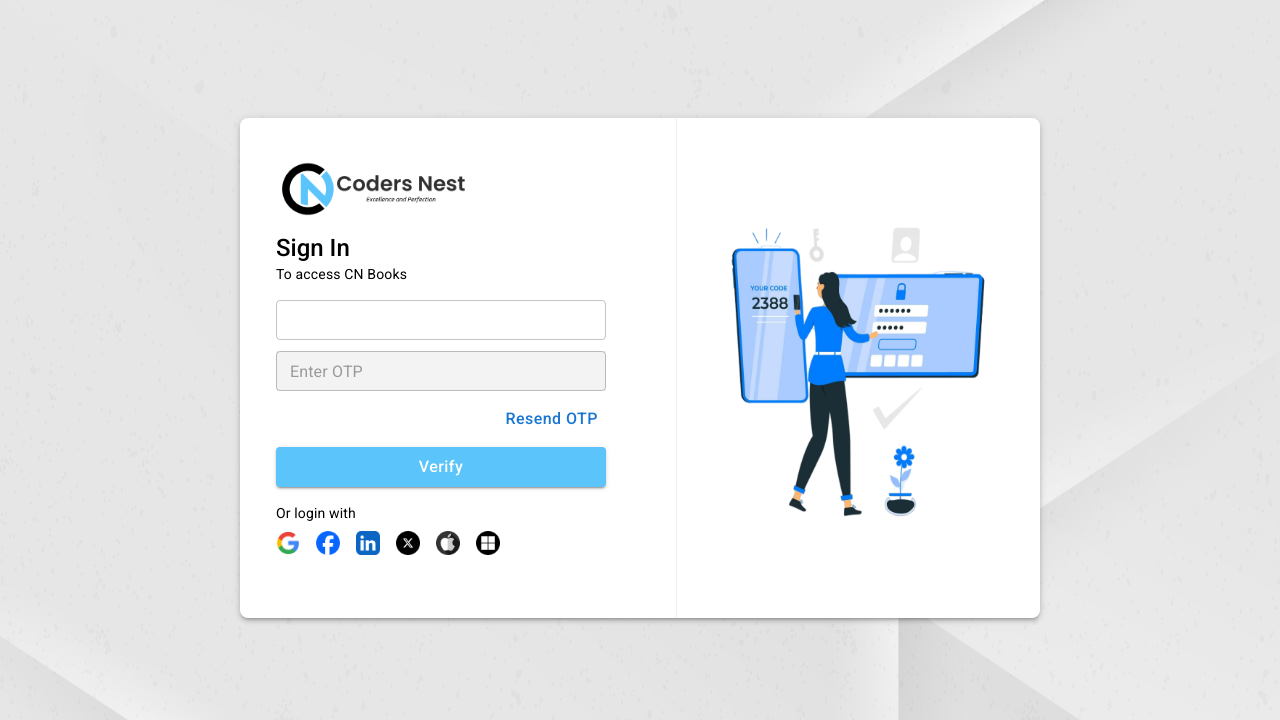
Repository: wajahadalishaik04/CN_Books
Page: /otpscreen
The author's editor kept a copy of each file at every save. The page is drawn from the files as they stood at one save, then again after a run of saves.
The browser window is 1280 px wide. The pictures show the whole page.
The project was rebuilt for these pictures with package versions that can differ from the ones it lists, and the page was loaded fresh each time. Also part of the build but not shown: vite.config.js, src/pages/LoginScreen.jsx, src/pages/Signin.jsx, src/pages/SignUp.jsx, src/pages/VerifyScreen.jsx, src/components/Header.jsx, src/components/SideBar.jsx, src/components/Content.jsx and 7 more.

Above is the page before, as saved 2024-09-30 18:17:28.

### index.html
<!DOCTYPE html>
<html lang="en">
  <head>
    <meta charset="UTF-8" />
    <link rel="preconnect" href="https://fonts.googleapis.com" />
    <link rel="preconnect" href="https://fonts.gstatic.com" crossorigin />
    <link
      rel="stylesheet"
      href="https://fonts.googleapis.com/css2?family=Roboto:wght@300;400;500;700&display=swap"
    />

    <meta name="viewport" content="width=device-width, initial-scale=1.0" />
    <title>CN_BOOKS</title>
  </head>
  <body>

    <div id="root"></div>
    <script type="module" src="/src/main.jsx"></script>
  </body>
</html>

### src/main.jsx
import { createRoot } from 'react-dom/client'
import App from './App.jsx'
import { Provider } from 'react-redux'
import store from './store/store.js'
import './styles/index.css'
createRoot(document.getElementById('root')).render(
 <Provider store={store}>
   <App />
 </Provider>
)

### src/App.jsx
import React from "react";
import LoginScreen from "./pages/LoginScreen";
import { BrowserRouter, Routes, Route, Navigate } from "react-router-dom";
import Signin from "./pages/Signin";
import { useSelector } from "react-redux";
import OtpScreen from "./pages/OtpScreen";
import SignUp from "./pages/SignUp";
import VerifyScreen from "./pages/VerifyScreen";
import DashboardScreen from "./pages/DashboardScreen";
import SideBar from "./components/SideBar";
import Header from "./components/Header";
import Customer from "./pages/Customer";
import WrapComponent from "./pages/WrapComponent";
import Category from "./pages/Category";
import NewCustomer from "./pages/customerscreens/NewCustomer";

const App = () => {
  const { user } = useSelector((e) => e.userReducer);
  return (
    <>
      <BrowserRouter>
        <Routes>
          <Route element={<WrapComponent />}>
            <Route path="/dashboardscreen" element={<DashboardScreen />} />
            <Route path="/customer" element={<Customer />} />
            <Route path="/category" element={<Category />} />
            <Route path="/newcustomer" element={<NewCustomer />} />

          </Route>
          <Route
            path="/"
            element={<Navigate to={user ? "/signin" : "/LoginScreen"} />}
          />
          <Route
            path="/signin"
            element={user ? <Navigate to={"/dashboardscreen"} /> : <Signin />}
          />
          <Route path="/loginscreen" element={<LoginScreen />} />
          <Route path="/otpscreen" element={<OtpScreen />} />
          <Route path="/signup" element={<SignUp />} />
          <Route path="/verifyscreen" element={<VerifyScreen />} />
        </Routes>
      </BrowserRouter>
    </>
  );
};

export default App;

### src/store/store.js
import { configureStore } from "@reduxjs/toolkit";
import { userReducer } from "./reducer";

const store = configureStore({
    reducer:{userReducer}
})
export default store;

### src/styles/index.css
*
{
    margin: 0;
    padding: 0;
    border: none;

}
.img
{
    background-color: red;
    background-clip: content-box;
    -webkit-background-clip: content-box;
    visibility: hidden;
}

### src/pages/OtpScreen.jsx
import React, { useState, useEffect } from "react";
import {
  Box,
  Button,
  TextField,
  Typography,
  Snackbar,
  Alert,
  styled,
} from "@mui/material";
import { images } from "../utils/ImgUtils";
import { Link, useLocation, useNavigate } from "react-router-dom";

const OtpScreen = () => {
  const [otp, setOtp] = useState(""); // Store entered OTP
  const [sentOtp, setSentOtp] = useState(""); // Store generated OTP
  const [error, setError] = useState(""); // Store error messages
  const [resendDisabled, setResendDisabled] = useState(false); // Timer control for Resend OTP button
  const [snackbarOpen, setSnackbarOpen] = useState(false); // Snackbar control
  const [snackbarMessage, setSnackbarMessage] = useState(""); // Snackbar message
  const [successSnackbarOpen, setSuccessSnackbarOpen] = useState(false); // Success Snackbar
  const [timer, setTimer] = useState(0); // Timer state for Resend button

  const navigate = useNavigate();
  const location = useLocation();
  const { emailMobile } = location.state || {};

  // Styled Resend Button
  const ResendOtp = styled(Button)({
    textTransform: "none",
    fontSize: "1rem",
  });

  // Function to generate OTP
  const generateOtp = () => {
    const randomOtp = Math.floor(100000 + Math.random() * 900000).toString(); // Generate a 6-digit OTP
    setSentOtp(randomOtp); // Store the OTP
    return randomOtp;
  };

  // Function to show snackbar
  const handleSnackbarOpen = (message) => {
    setSnackbarMessage(message);
    setSnackbarOpen(true);
  };

  const handleSnackbarClose = () => {
    setSnackbarOpen(false);
  };

  const handleSuccessSnackbarClose = () => {
    setSuccessSnackbarOpen(false);
  };

  // Function to send OTP (called on "Sent" button click)
  const sendOtp = () => {
    const otp = generateOtp(); // Generate OTP locally
    handleSnackbarOpen(`OTP: ${otp}`); // Show OTP in snackbar
  };

  // Resend OTP with 30-second timer
  const handleResendOtp = () => {
    sendOtp(); // Generate and display the OTP
    setResendDisabled(true);
    setTimer(30); // Set the countdown timer to 30 seconds
  };

  // Timer countdown for the Resend button
  useEffect(() => {
    if (timer > 0) {
      const countdown = setInterval(() => {
        setTimer((prev) => prev - 1);
      }, 1000);

      return () => clearInterval(countdown);
    } else {
      setResendDisabled(false); // Enable the Resend button after timer ends
    }
  }, [timer]);

  // Handle OTP submission and verification
  const handleSubmit = () => {
    if (!otp) {
      setError("OTP is required."); // Show error if no OTP is entered
    } else if (otp !== sentOtp) {
      setError("Invalid OTP. Please try again.");
    } else {
      setError(""); // Clear error on successful OTP
      setSuccessSnackbarOpen(true); // Show success message
      setTimeout(() => {
        navigate("/dashboardscreen"); // Navigate to the next screen after success
      }, 2000); // Delay navigation to show the success message
    }
  };

  return (
    <Box
      display="flex"
      justifyContent="center"
      alignItems="center"
      width="100%"
      height="100vh"
      sx={{ backgroundImage: "url(/images/BackgroundImg.jpeg)" }}
    >
      <Box
        display="flex"
        bgcolor="#fff"
        boxShadow={3}
        marginTop={2}
        borderRadius="8px"
        overflow="hidden"
        width="800px"
        height="500px"
      >
        {/* Left Side - OTP Form */}
        <Box flex={1} p={4.5} mt={1} component={"form"}>
          <Box flex={1} sx={{ width: "330px" }}>
            <Box
              display="flex"
              justifyContent="space-between"
              alignItems="center"
            >
              <img
                src={images.codersnestLogo}
                alt="Logo"
                style={{ width: 200 }}
              />
            </Box>
            <Typography variant="h5" fontWeight={500} mt={2}>
              Sign In
            </Typography>
            <Typography variant="body2" color="default" mb={2}>
              To access CN Books
            </Typography>

            <TextField
              sx={{ marginBottom: 1.4 }}
              size="small"
              fullWidth
              defaultValue={emailMobile}
              InputProps={{ readOnly: true }} // Read-only input for email/mobile
            />

            <TextField
              size="small"
              type="text"
              placeholder="Enter OTP"
              fullWidth
              value={otp}
              onChange={(e) => setOtp(e.target.value)}
              sx={{
                fontWeight: "500",
                backgroundColor: "#F3F3F3",
                "&:hover": {
                  backgroundColor: "#FFF",
                },
                "& .MuiOutlinedInput-root": {
                  "&.Mui-focused": {
                    backgroundColor: "#EBF9FF",
                    borderColor: "#5BC4FA",
                  },
                },
              }}
              error={!!error} // Show error if there is any
              helperText={error}
            />

            {/* Resend OTP button with timer */}
            <Box sx={{ display: "flex", justifyContent: "flex-end", mt: 1 }}>
              <ResendOtp onClick={handleResendOtp} disabled={resendDisabled}>
                Resend OTP {resendDisabled && `(${timer}s)`}
              </ResendOtp>
            </Box>

            {/* Verify Button */}
            <Button
              onClick={handleSubmit}
              variant="contained"
              fullWidth
              sx={{
                backgroundColor: "#5BC4FA",
                mt: 1,
                textTransform: "none",
                fontSize: "1rem",
              }}
            >
              Verify
            </Button>
            <Typography variant="body2" color="#000000" mt={2}>
              Or login with
            </Typography>
            {/* Social Icons */}
            <Box display="flex" justifyContent="flex-start" gap={2} mt={1}>
              <img src={images.googleicon} width={24} alt="googleicon" />
              <img src={images.facebookicon} width={24} alt="facebookicon" />
              <img src={images.linkedinicon} width={24} alt="linkedinicon" />
              <img src={images.xicon} width={24} alt="xicon" />
              <img src={images.appleicon} width={24} alt="appleicon" />
              <img src={images.windowsicon} width={24} alt="windowsicon" />
            </Box>


            {/* Snackbar for OTP display */}
            <Snackbar
              open={snackbarOpen}
              autoHideDuration={3000}
              onClose={handleSnackbarClose}
              anchorOrigin={{ vertical: "top", horizontal: "center" }}
            >
              <Alert
                onClose={handleSnackbarClose}
                severity="info"
                sx={{ width: "100%" }}
              >
                {snackbarMessage}
              </Alert>
            </Snackbar>

            {/* Success Snackbar for OTP verification */}
            <Snackbar
              open={successSnackbarOpen}
              autoHideDuration={3000}
              onClose={handleSuccessSnackbarClose}
              anchorOrigin={{ vertical: "top", horizontal: "center" }}
            >
              <Alert
                onClose={handleSuccessSnackbarClose}
                severity="success"
                sx={{ width: "100%" }}
              >
                Sign in was successfully completed!
              </Alert>
            </Snackbar>
          </Box>
        </Box>
        <Box sx={{ borderRight: "1.5px solid #EFEFEF" }}></Box>

        {/* Right Side - Illustration Image */}
        <Box
          flex={1}
          display="flex"
          justifyContent="center"
          alignItems="center"
          sx={{ display: { xs: "none", sm: "flex" } }}
        >
          <img
            src={images.otpImg}
            alt="Illustration"
            width="100%"
            height="80%"
            objectFit="cover"
          />
        </Box>
      </Box>
    </Box>
  );
};

export default OtpScreen;

### src/store/reducer.js
import { createReducer } from "@reduxjs/toolkit";

export const userReducer = createReducer({user:null},(builder)=>
{
    builder.addCase("loginUser",(state,action)=>
    {
        state.user = action.payload
    })
})

### src/utils/ImgUtils.js
export const images ={
    backgroundImg:"./images/BackgroundImg.jpeg",
    codersnest:"./images/codersnest.png",
    codersnestLogo:"./images/codersnest1.png",
    loginImg:"./images/login_illustration.png",
    otpImg:"./images/otpImg.png",
    signupImg:"./images/signup.png",
    googleicon:"./images/google-color-icon.png",
    facebookicon:"./images/facebook-round-color-icon.png",
    linkedinicon:"./images/linkedin-app-icon.png",
    xicon:"./images/x-social-media-round-icon.png",
    officemanImg:"./images/officeman.png",
    appleicon:"./images/apple.png",
    windowsicon:"./images/windows.png",
    Arrowdownicon:"./images/Arrowdown.png",
    Customericon:"./images/Customer.png",
    Addressicon:"./images/Address.png",
    Passwordicon:"./images/Password.png",
    Accounticon:"./images/Account.png",
    Logouticon:"./images/Logout.png",
    dashboardwhiteicon:"./images/DashboardWhiteIcon.png",
    dashboardicon:"./images/DashboardIcon.png",
    groupcustomericon:"./images/GroupCustomerIcon.png",
    groupcustomerwhiteicon:"./images/GroupCustomerWhiteIcon.png",
    categoryicon:"./images/categoryicon.png",
    categorywhiteicon:"./images/CategoryWhiteIcon.png",
    editicon:"./images/EditIcon.png",
    binicon:"./images/EditIcon.png",
    editicon:"./images/BinIcon.png",
    hiddenicon:"./images/HiddenIcon.png",
    verticaldoticon:"./images/VerticalDots.png",
    dollararrowicon:"./images/dollarArrow.png",
    doticon:"./images/dotIcon.png"
}

After the next 5 saves:
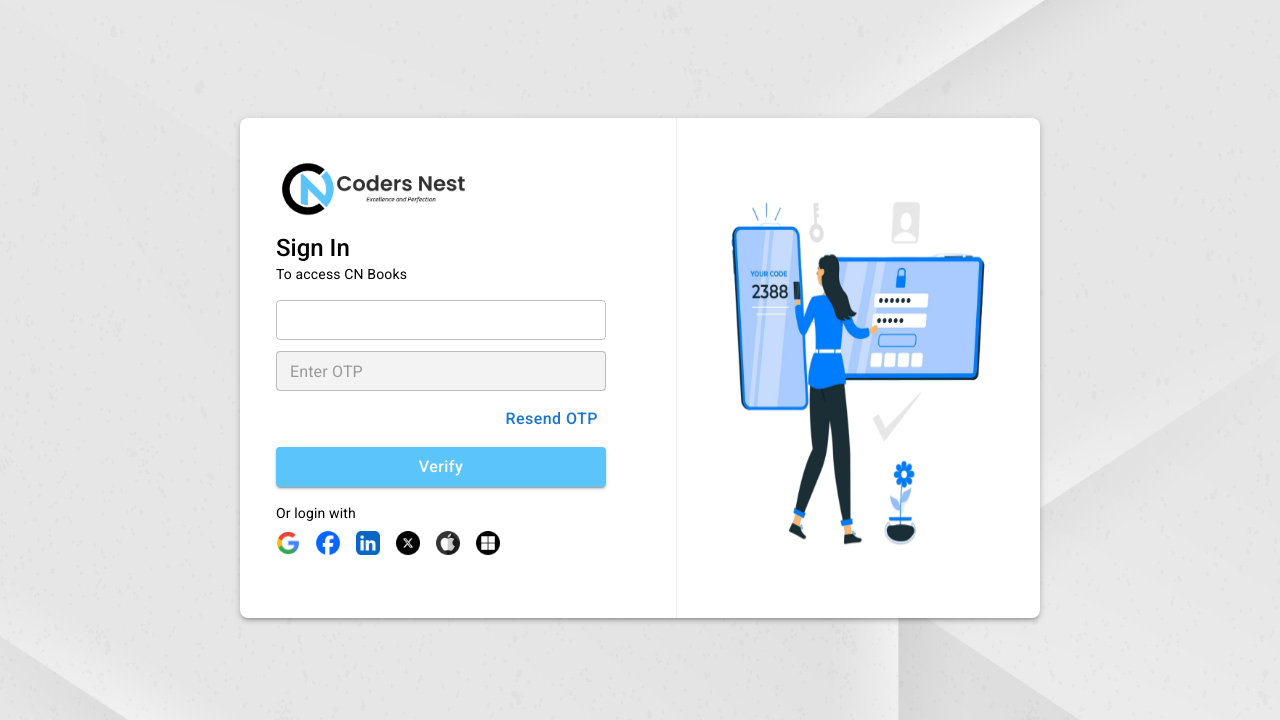
The 5 saves are shown as one change because they came seconds apart.
The last was saved 13 s later.
--- a/src/pages/OtpScreen.jsx
+++ b/src/pages/OtpScreen.jsx
@@ -247,7 +247,7 @@ const OtpScreen = () => {
             src={images.otpImg}
             alt="Illustration"
             width="100%"
-            height="80%"
+            height="95%"
             objectFit="cover"
           />
         </Box>
